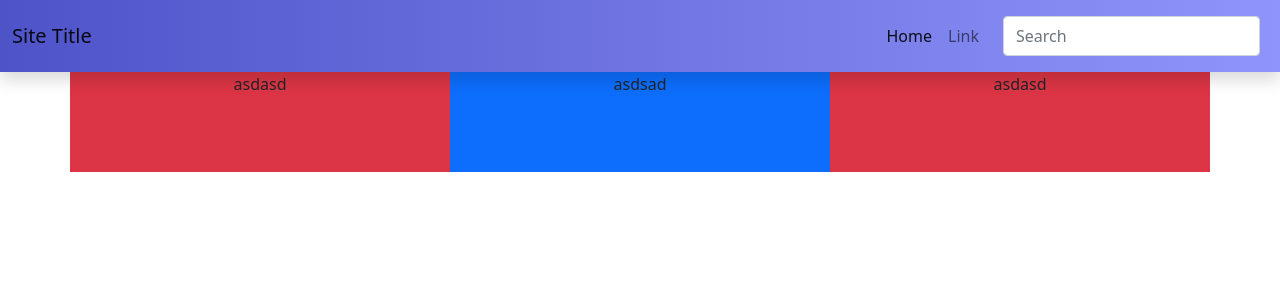
Repository: ttranhhoang/layoutBS
Page: layoutBS1/index.html
The author's editor kept a copy of each file at every save. The page is drawn from the files as they stood at one save, then again after a run of saves.
The browser window is 1280 px wide. The pictures show the whole page.

Above is the page before, as saved 2022-04-24 18:05:01.

After the next 5 saves:
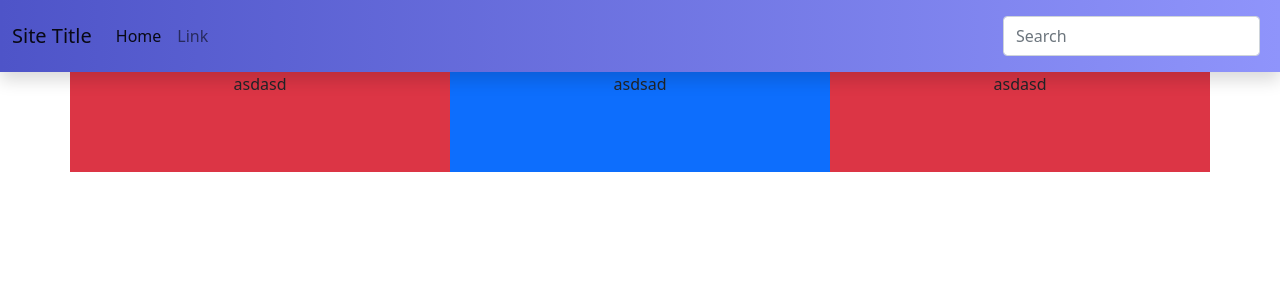
The 5 saves are shown as one change because they came seconds apart.
The last was saved 68 s later.
--- a/layoutBS1/index.html
+++ b/layoutBS1/index.html
@@ -54,7 +54,7 @@
               ></button>
             </div>
             <div class="offcanvas-body">
-              <ul class="navbar-nav justify-content-end flex-grow-1 pe-3">
+              <ul class="navbar-nav justify-content-start flex-grow-1 pe-3">
                 <li class="nav-item">
                   <a class="nav-link active" aria-current="page" href="#"
                     >Home</a
